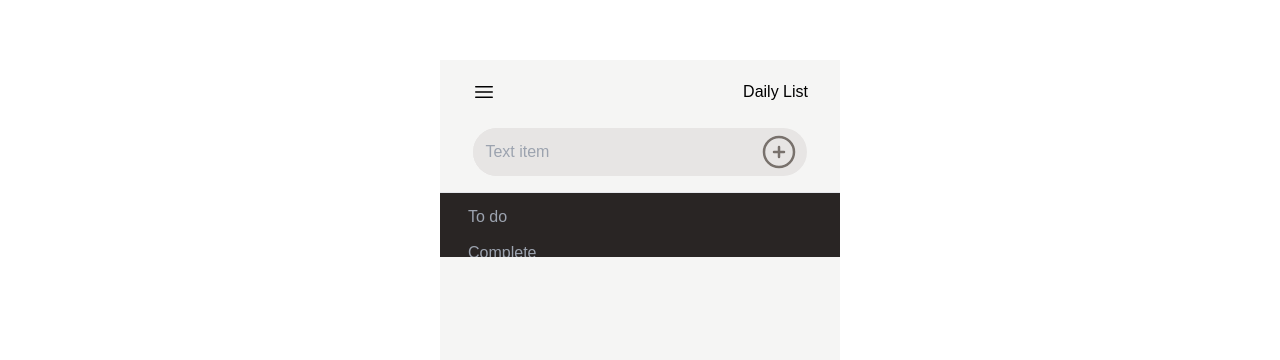
Repository: hsumyatm7308/TodolistbyPHP
Page: http://localhost/
These files come from the project's save history. The page is drawn as it stood at one moment and after the next save; the edit follows.
The browser window is 1280 px wide. The pictures show the whole page.
Some web libraries are served in a nearby version. The page is run by PHP 8.4 with error messages shown; the project is at /var/www/html/. Queries for data that is not in the repository find no rows.

Above is the page before, as saved 2023-07-09 22:29:09.

### index.php
<!DOCTYPE html>
<html lang="en">

<head>
    <meta charset="UTF-8">
    <meta name="viewport" content="width=device-width, initial-scale=1.0">
    <title>To Do List</title>
    <link rel="stylesheet" href="https://cdnjs.cloudflare.com/ajax/libs/font-awesome/6.4.0/css/all.min.css">
    <script src="https://cdn.tailwindcss.com"></script>

    <style>
        * {
            font-family: sans-serif;
        }
    </style>

</head>

<body>
    <div class="w-screen h-screen container flex justify-center items-center">
        <div class="w-[400px] h-[600px] bg-stone-100">
            <!-- header nav  -->
            <div class="w-full h-14 flex justify-between items-center p-8">
                <div>
                    <svg xmlns="http://www.w3.org/2000/svg" fill="none" viewBox="0 0 24 24" stroke-width="1.5"
                        stroke="currentColor" class="w-6 h-6">
                        <path stroke-linecap="round" stroke-linejoin="round"
                            d="M3.75 6.75h16.5M3.75 12h16.5m-16.5 5.25h16.5" />
                    </svg>

                </div>
                <div>
                    <h4> Daily List</h4>
                </div>
            </div>

            <?php

            include("create.php");

            ?>

            <div class="w-full h-16 bg-stone-800 overflow-y-scroll">

                <?php

                include("updatetodo.php");
                include("complete.php");

                ?>
            </div>







        </div>
    </div>
</body>

</html>

### create.php
<?php
session_start();
ini_set('display_errors', 1);

require_once("database.php");

if ($_SERVER['REQUEST_METHOD'] === 'POST') {
    global $conn;

    $getdata = $_POST['textbox'];


    try {
        $stmt = $conn->prepare("INSERT INTO todolist (task) VALUES ( :task)");


        $task = $getdata;


        $stmt->bindParam(':task', $task);

        $stmt->execute();
    } catch (Exception $e) {
        echo "Error Found: " . $e->getMessage();
    }
}


?>





<!-- to do form  -->
<form action="" method="post" enctype="multipart/form-data">


    <div class="w-full h-auto flex justify-center items-center p-1">
        <div class="w-[85%] h-auto bg-stone-200 flex justify-between items-center rounded-3xl">
            <input type="text" name="textbox"
                class="w-[85%] bg-stone-200 rounded-tl-3xl rounded-bl-3xl p-3 focus:outline-none"
                placeholder="Text item">

            <button type="submit" name="submit" class="">
                <svg xmlns="http://www.w3.org/2000/svg" fill="none" viewBox="0 0 24 24" stroke-width="1.5"
                    stroke="currentColor" class="w-10 h-10 mr-2 text-stone-500 hover:text-stone-600">
                    <path stroke-linecap="round" stroke-linejoin="round"
                        d="M12 9v6m3-3H9m12 0a9 9 0 11-18 0 9 9 0 0118 0z" />
                </svg>
            </button>
        </div>

    </div>
    <hr class="mt-3">
</form>

### database.php
<?php

$dbhost = 'localhost';
$dbuser = 'root';
$dbpass = '';
$dbname = 'hmmdb';


try{

    $conn = new PDO("mysql:host=$dbhost;dbname=$dbname", $dbuser, $dbpass);
    $conn->setAttribute(PDO::ATTR_ERRMODE, PDO::ERRMODE_EXCEPTION);

    // echo "Connection successful";


}catch(Exception $e){
    "Error Found:".$e->getMessage();
}




?>

### updatetodo.php
<?php

// session_start();
ini_set('display_errors', 1);

require_once("database.php");
require_once("create.php");

try {

    global $conn;

    $stmt = $conn->prepare("SELECT id,task FROM todolist");
    $stmt->execute();



} catch (Exception $e) {
    "Found Error : " . $e->getMessage();
}

?>








<!-- update to do  -->
<form action="" method="post" class="mt-3" enctype="multipart/form-data">
    <h3 class="text-gray-400 ml-7 mb-1">To do</h3>


    <?php while ($row = $stmt->fetch()): ?>

        <div name="taskitems" class="w-full h-auto flex justify-center items-center p-1">


            <div class="w-[85%] h-auto bg-stone-200 flex justify-between items-center p-3">
                <span>
                    <i class="fa-regular fa-circle-check"></i>
                    <span class="ml-1">
                        <?php echo $row['task'] ?>
                    </span>
                </span>

                <div>
                    <svg xmlns="http://www.w3.org/2000/svg" fill="none" viewBox="0 0 24 24" stroke-width="1.5"
                        stroke="currentColor" class="w-6 h-6">
                        <path stroke-linecap="round" stroke-linejoin="round"
                            d="M16.862 4.487l1.687-1.688a1.875 1.875 0 112.652 2.652L10.582 16.07a4.5 4.5 0 01-1.897 1.13L6 18l.8-2.685a4.5 4.5 0 011.13-1.897l8.932-8.931zm0 0L19.5 7.125M18 14v4.75A2.25 2.25 0 0115.75 21H5.25A2.25 2.25 0 013 18.75V8.25A2.25 2.25 0 015.25 6H10" />
                    </svg>
                </div>
            </div>



        </div>

    <?php endwhile; ?>







</form>

### complete.php
      <!-- complete work -->
      <form action="" method="post" class="mt-3" enctype="multipart/form-data">
                <h3 class="text-gray-400 ml-7 mb-1">Complete</h3>

                <div class="w-full h-auto flex justify-center items-center p-1">


                    <div class="w-[85%] h-auto bg-stone-200 flex justify-between items-center p-3">

                        <span>
                            <i class="fa-solid fa-circle-check text-green-600"></i>
                            <span class="ml-1">to do homework</span>
                        </span>

                        <div>
                            <svg xmlns="http://www.w3.org/2000/svg" fill="none" viewBox="0 0 24 24" stroke-width="1.5"
                                stroke="currentColor" class="w-6 h-6">
                                <path stroke-linecap="round" stroke-linejoin="round"
                                    d="M14.74 9l-.346 9m-4.788 0L9.26 9m9.968-3.21c.342.052.682.107 1.022.166m-1.022-.165L18.16 19.673a2.25 2.25 0 01-2.244 2.077H8.084a2.25 2.25 0 01-2.244-2.077L4.772 5.79m14.456 0a48.108 48.108 0 00-3.478-.397m-12 .562c.34-.059.68-.114 1.022-.165m0 0a48.11 48.11 0 013.478-.397m7.5 0v-.916c0-1.18-.91-2.164-2.09-2.201a51.964 51.964 0 00-3.32 0c-1.18.037-2.09 1.022-2.09 2.201v.916m7.5 0a48.667 48.667 0 00-7.5 0" />
                            </svg>

                        </div>

                    </div>



                </div>

                <div class="w-full h-auto flex justify-center items-center p-1">

                    <div class="w-[85%] h-auto bg-stone-200 flex justify-between items-center p-3">

                        <span>
                            <i class="fa-solid fa-circle-check text-green-600"></i>
                            <span class="ml-1">to do homework</span>
                        </span>

                        <div>
                            <svg xmlns="http://www.w3.org/2000/svg" fill="none" viewBox="0 0 24 24" stroke-width="1.5"
                                stroke="currentColor" class="w-6 h-6">
                                <path stroke-linecap="round" stroke-linejoin="round"
                                    d="M14.74 9l-.346 9m-4.788 0L9.26 9m9.968-3.21c.342.052.682.107 1.022.166m-1.022-.165L18.16 19.673a2.25 2.25 0 01-2.244 2.077H8.084a2.25 2.25 0 01-2.244-2.077L4.772 5.79m14.456 0a48.108 48.108 0 00-3.478-.397m-12 .562c.34-.059.68-.114 1.022-.165m0 0a48.11 48.11 0 013.478-.397m7.5 0v-.916c0-1.18-.91-2.164-2.09-2.201a51.964 51.964 0 00-3.32 0c-1.18.037-2.09 1.022-2.09 2.201v.916m7.5 0a48.667 48.667 0 00-7.5 0" />
                            </svg>


                        </div>

                    </div>



                </div>
            </form>

After the next save:
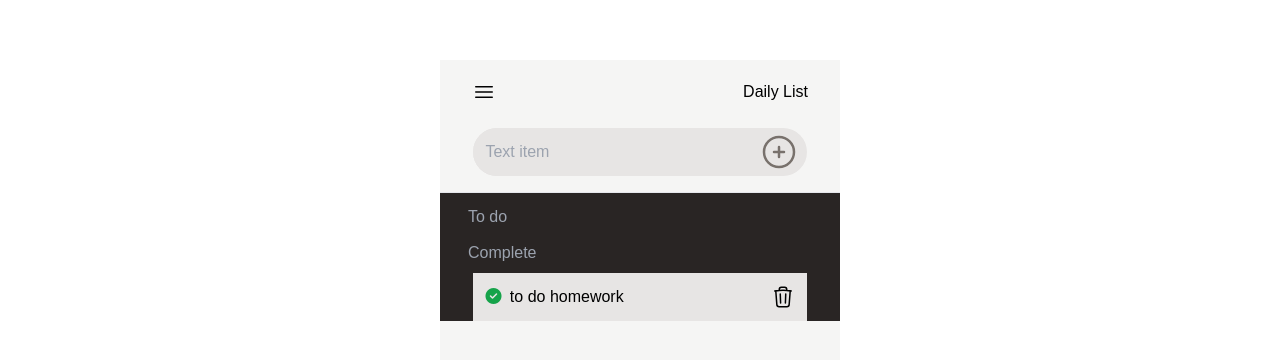
Saved 12 s later.
--- a/index.php
+++ b/index.php
@@ -40,7 +40,7 @@
 
             ?>
 
-            <div class="w-full h-16 bg-stone-800 overflow-y-scroll">
+            <div class="w-full h-32 bg-stone-800 overflow-y-scroll">
 
                 <?php
 
